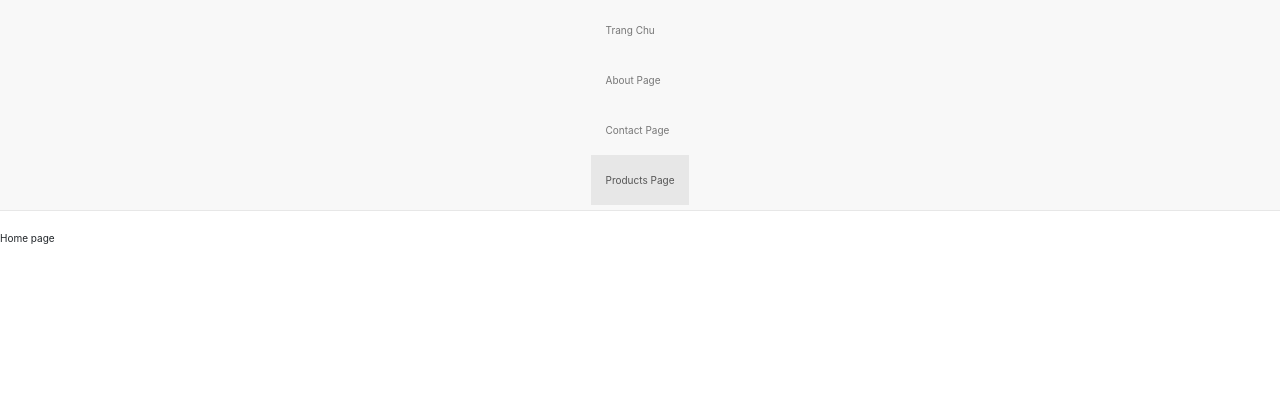
Repository: hntvip/react-route
Page: /products
An editor plug-in stored every save of this project. The page is shown before and after a run of saves, followed by the edit.
The browser window is 1280 px wide. The pictures show the whole page.
The project was rebuilt for these pictures with package versions that can differ from the ones it lists, and the page was loaded fresh each time. Also part of the build but not shown: src/components/About.js, src/components/Contact.js.

Above is the page before, as saved 2019-11-28 15:15:06.

### public/index.html
<!DOCTYPE html>
<html lang="en">
  <head>
    <meta charset="utf-8" />
    <link rel="icon" href="%PUBLIC_URL%/favicon.ico" />
    <meta name="viewport" content="width=device-width, initial-scale=1" />
    <meta name="theme-color" content="#000000" />
    <meta
      name="description"
      content="Web site created using create-react-app"
    />
    <link rel="apple-touch-icon" href="logo192.png" />
    <!--
      manifest.json provides metadata used when your web app is installed on a
      user's mobile device or desktop. See https://developers.google.com/web/fundamentals/web-app-manifest/
    -->
    <link rel="manifest" href="%PUBLIC_URL%/manifest.json" />
    <!--
      Notice the use of %PUBLIC_URL% in the tags above.
      It will be replaced with the URL of the `public` folder during the build.
      Only files inside the `public` folder can be referenced from the HTML.

      Unlike "/favicon.ico" or "favicon.ico", "%PUBLIC_URL%/favicon.ico" will
      work correctly both with client-side routing and a non-root public URL.
      Learn how to configure a non-root public URL by running `npm run build`.
    -->
    <title>React App</title>

    <!-- Latest compiled and minified CSS & JS -->
    <link rel="stylesheet" media="screen" href="//netdna.bootstrapcdn.com/bootstrap/3.3.4/css/bootstrap.min.css">
    <script src="//code.jquery.com/jquery.js"></script>
    <script src="//netdna.bootstrapcdn.com/bootstrap/3.3.4/js/bootstrap.min.js"></script>

  </head>
  <body>
    <noscript>You need to enable JavaScript to run this app.</noscript>
    <div id="root"></div>
    <!--
      This HTML file is a template.
      If you open it directly in the browser, you will see an empty page.

      You can add webfonts, meta tags, or analytics to this file.
      The build step will place the bundled scripts into the <body> tag.

      To begin the development, run `npm start` or `yarn start`.
      To create a production bundle, use `npm run build` or `yarn build`.
    -->
  </body>
</html>

### src/index.js
import React from 'react';
import ReactDOM from 'react-dom';
import './index.css';
import App from './App';
import * as serviceWorker from './serviceWorker';

import '../node_modules/bootstrap/dist/css/bootstrap.css';

ReactDOM.render(<App />, document.getElementById('root'));

// If you want your app to work offline and load faster, you can change
// unregister() to register() below. Note this comes with some pitfalls.
// Learn more about service workers: https://bit.ly/CRA-PWA
serviceWorker.unregister();

### src/App.js
import React, { Component } from 'react';
import { BrowserRouter as Router, Route, Switch} from 'react-router-dom';
import Menu from './components/Menu';
import routes from'./routes';

class App extends Component {
  render(){
    return (
      <Router>
        <div className="App">
          <Menu/>
          {/* Noi Dung */}

          <Switch>
            {this.showContentMenus(routes)}
          </Switch>
        </div>
      </Router>
    )
  }
  showContentMenus = (routes) => {
    var result = null;
    if( routes.length > 0){
      result = routes.map((route, index) => {
        return (
          <Route
            key={index}
            path={route.path}
            exact={route.exact}
            component={route.main}
          ></Route>
        )
      })
    }
    return result;
  }
}

export default App;

### src/components/Menu.js
import React, { Component } from 'react';
import { Route, Link} from 'react-router-dom';
const menus = [
  {
    name: "Trang Chu",
    to:"/",
    exact: true
  },{
    name: "About Page",
    to:"/about",
    exact: false
  },{
    name: "Contact Page",
    to:"/contact",
    exact: false
  },{
    name: "Products Page",
    to:"/products",
    exact: false
  }
]
const MenuLink = ({label, to, activeOnlyWhenExact}) => {
  return (
    <Route path={to} exact={activeOnlyWhenExact} children={({match})=>{
      var active = match ? 'active': 'abc'
      return (
        <li className={active}>
          <Link to={to} className="my-link">{label}</Link>
        </li>
      )
    }}>
    </Route>
  )
}

class Menu extends Component{
  render(){
    return(
      <nav className="navbar navbar-default navbar-fixed-top" role="navigation">
        <ul className="nav navbar-nav">
          { this.showMenus(menus)}
        </ul>
      </nav>
    );
  }

  showMenus = (menus) => {
    var result = null;
    if ( menus.length > 0 ){
      result = menus.map((menu, index) => {
        return (
          <MenuLink to={menu.to}
            key={index}
            label={menu.name}
            activeOnlyWhenExact={menu.exact}
          />
        )
      })
    }
    return result;
  }
}

export default Menu;

### src/routes.js
import React from 'react'

import About from './components/About';
import Home from './components/Home';
import Contact from './components/Contact';
import Products from './components/Products';
import NotFound from './components/NotFound';

const routes = [
  {
    path:'',
    exact: true,
    main: () => <Home />
  },
  {
    path:'/about',
    main: () => <About />
  },
  {
    path:'/contact',
    main: () => <Contact />
  },
  {
    path:'/products',
    main: ({match}) => <Products match={match}/>
  },
  {
    path:'',
    main: () => <NotFound />
  }
]

export default routes;

### src/components/Home.js
import React, { Component } from 'react';

class Home extends Component {
  render() {
    return (
      <div>Home page</div>
    );
  }
}

export default Home;

### src/components/Products.js
import React, {Component} from 'react';
import { NavLink } from 'react-router-dom';


class Products extends Component {
  render (){
    var products = [
      {
        id: 1,
        name: 'Iphone X',
        price: 3000,
        slug: 'iphone'
      },
      {
        id: 2,
        name: 'Nokia',
        price: 3000,
        slug: 'nokia'
      },
      {
        id: 3,
        name: 'Galaxy 8',
        price: 3000,
        slug: 'galaxy'
      }
    ]
    var { match } = this.props; // this.props.match
    var url = match.url;
    var result = products.map( (product, index) =>{
      return (
        <NavLink to={`${url}/${product.slug}`} key={index}>
          <li class="list-group-item">
            {product.id} - {product.name} -{product.price}
          </li>
        </NavLink>
      )
    })

    return (
        <div className="container">
          <div class="row">
            <div class="col-xs-4 col-sm-4 col-md-4 col-lg-4">
               {result}
            </div>
          </div>

        </div>
    );
  }
}

export default Products;

### src/components/NotFound.js
import React, { Component }  from 'react';

class NotFound extends Component {
  render() {
    return (
      <div>NotFound page</div>
    );
  }
}

export default NotFound;

Loaded but not shown: src/index.css (common file); src/serviceWorker.js (common file)

After the next 2 saves:
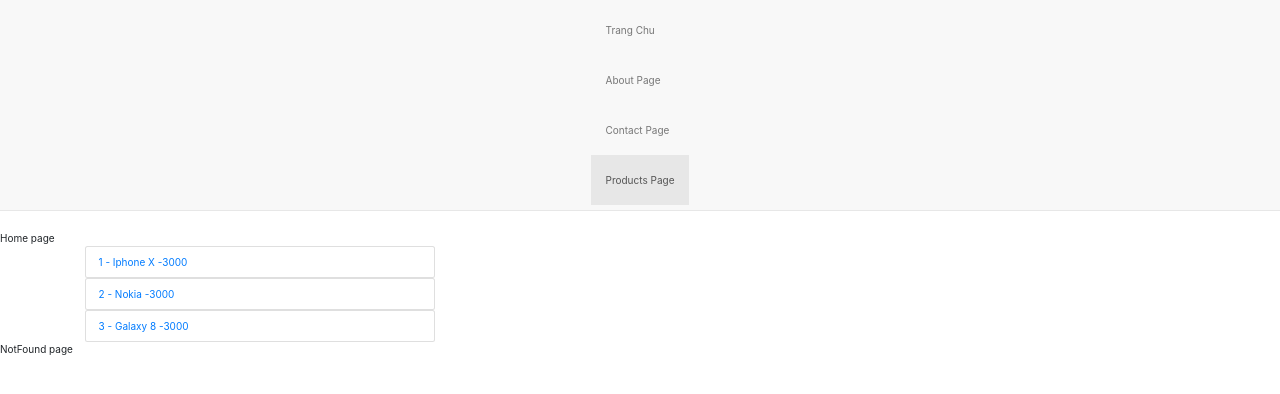
The 2 saves are shown as one change because they came seconds apart.
The last was saved 5 min 1 s later.
--- a/src/App.js
+++ b/src/App.js
@@ -11,9 +11,7 @@
           <Menu/>
           {/* Noi Dung */}
 
-          <Switch>
-            {this.showContentMenus(routes)}
-          </Switch>
+          {this.showContentMenus(routes)}
         </div>
       </Router>
     )

After the 2 saves that followed:
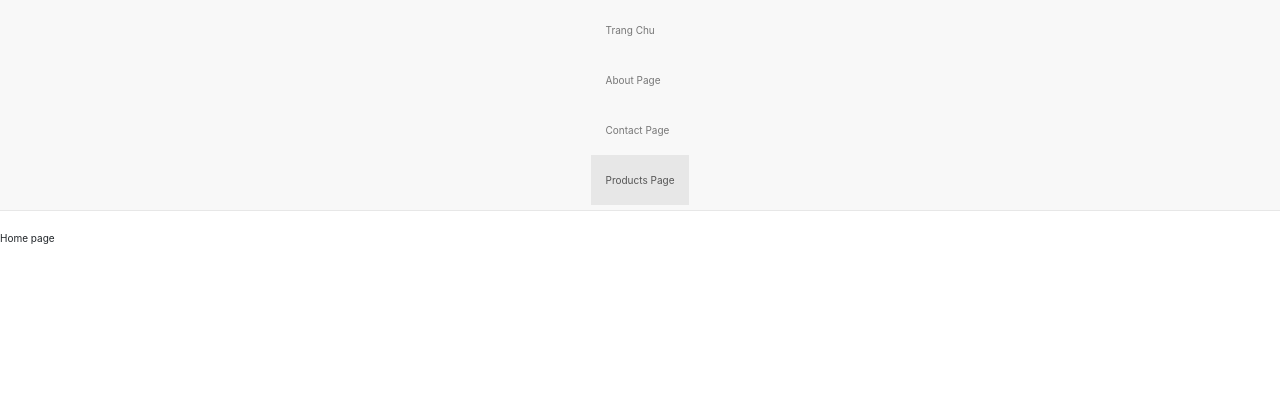
The 2 saves are shown as one change because they came seconds apart.
The last was saved 63 s later.
--- a/src/App.js
+++ b/src/App.js
@@ -10,8 +10,9 @@
         <div className="App">
           <Menu/>
           {/* Noi Dung */}
-
-          {this.showContentMenus(routes)}
+          <Switch>
+            {this.showContentMenus(routes)}
+          </Switch>
         </div>
       </Router>
     )
